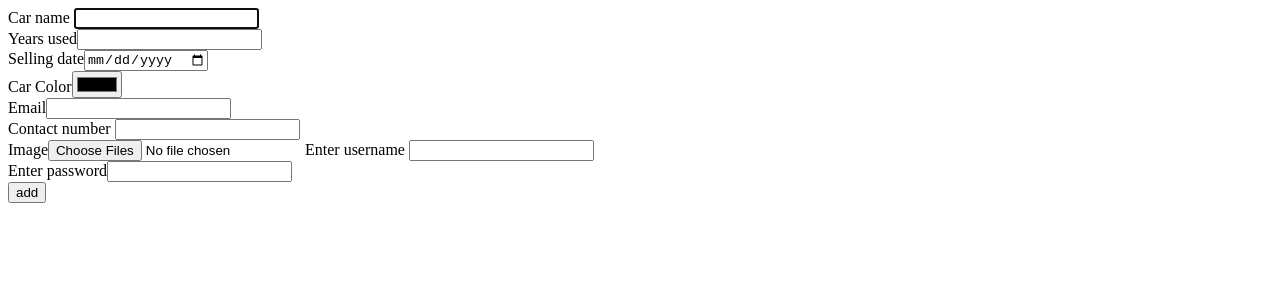
Repository: parthp17/273-Homework1
Page: Homework1/workspace/homework1/WebContent/InputTypes.html
The author's editor kept a copy of each file at every save. The page is drawn from the files as they stood at one save, then again after the next save.
The browser window is 1280 px wide. The pictures show the whole page.

Above is the page before, as saved 2016-09-09 16:36:52.

### Homework1/workspace/homework1/WebContent/InputTypes.html
<html>
<head>

</head>
<body>
<form action="welcome.html">
	Car name
	<input type="text" name="name" id="name"  autofocus="autofocus" required="required"><br>
	Years used<input type = "number" name = "yearsUsed" id = "yearsUsed"><br>

	Selling date<input type="date" name="sellingDate" id = "sellingDate"><br>
	 Car Color<input type="color" name="carcolor" id = "carcolor"><br>
	 Email<input type = "email" id = "email"required="required"><br>
	 Contact number <input type= "tel" name = "contactnum" id = "contactnum" pattern="\d{3}[\-]\d{3}[\-]\d{4}"><br>
	 Image<input type = "file" name = "img" multiple>
	 Enter username <input type = "text" id ="username" required="required"><br>
	 Enter password<input type = "password" maxlength="16" id = "password" required="required"><br>

	<input type="submit" value="add" onclick="f1()" id="b"><br>

</form>
	</table>
</body>
</html>

After the next save:
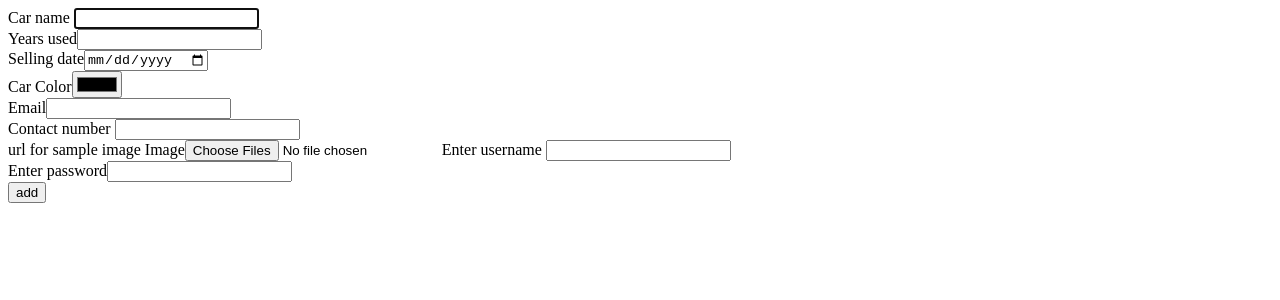
Saved 95 s later.
--- a/Homework1/workspace/homework1/WebContent/InputTypes.html
+++ b/Homework1/workspace/homework1/WebContent/InputTypes.html
@@ -12,6 +12,7 @@
 	 Car Color<input type="color" name="carcolor" id = "carcolor"><br>
 	 Email<input type = "email" id = "email"required="required"><br>
 	 Contact number <input type= "tel" name = "contactnum" id = "contactnum" pattern="\d{3}[\-]\d{3}[\-]\d{4}"><br>
+	 url for sample image
 	 Image<input type = "file" name = "img" multiple>
 	 Enter username <input type = "text" id ="username" required="required"><br>
 	 Enter password<input type = "password" maxlength="16" id = "password" required="required"><br>
